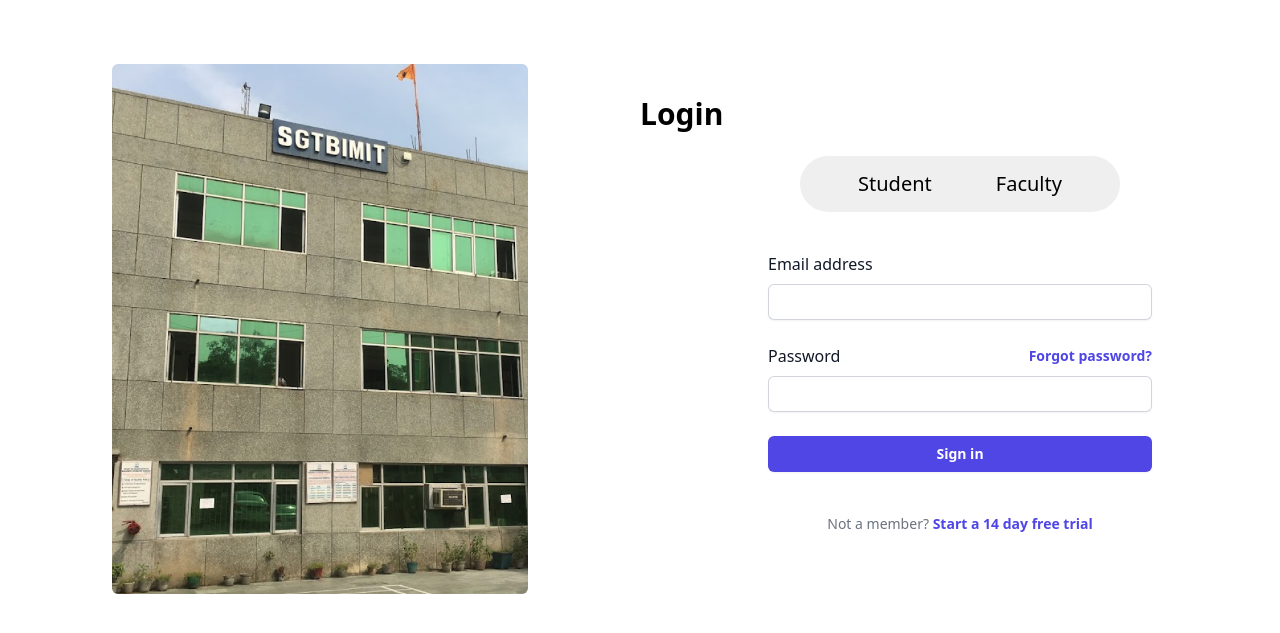
Repository: SehajBindra/SGTBIMIT-ERP-Client
Page: /StudentLogin
These files come from the project's save history. The page is drawn as it stood at one moment and after the next save; the edit follows.
The browser window is 1280 px wide. The pictures show the whole page.
The project was rebuilt for these pictures with package versions that can differ from the ones it lists, and the page was loaded fresh each time. Also part of the build but not shown: src/LOGIN/Login.js, src/LOGIN/FACULTY/FacultyLogin.js, src/STUDENT_PAGE/StuBody.js, src/STUDENT_PAGE/StuSidebar.js, src/STUDENT_PAGE/StuHeader.js, src/STUDENT_PAGE/StudentHome.js, src/FACULTY_PAGE/FacBody.js, src/FACULTY_PAGE/FacHeader.js and 2 more.

Above is the page before, as saved 2023-05-14 15:54:41.

After the next save:
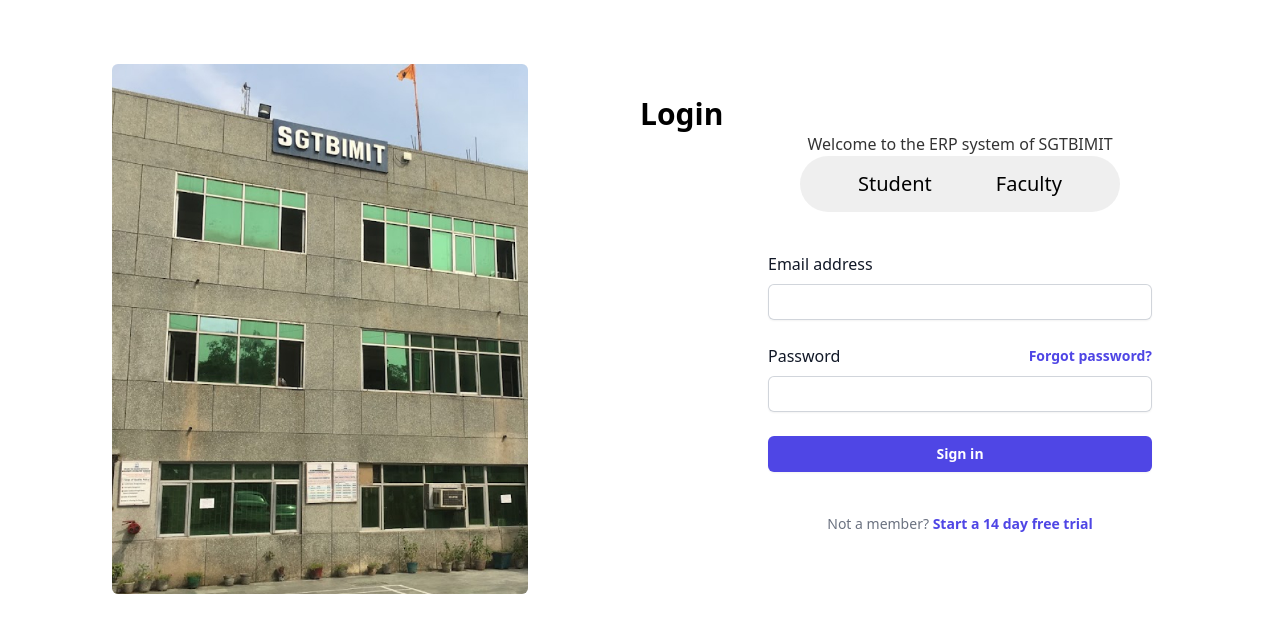
Saved 12 s later.
--- a/src/LOGIN/STUDENT/StudentLogin.js
+++ b/src/LOGIN/STUDENT/StudentLogin.js
@@ -27,7 +27,7 @@
 
       <div className="bg-white  col-span-2 my-8">
         <h2 className="text-3xl text-left font-semibold">Login</h2>
-        <p className="text-white/80">Welcome to the ERP system of SGTBIMIT</p>
+        <p className="text-black/80">Welcome to the ERP system of SGTBIMIT</p>
 
         <div
           className="flex flex-row items-center mx-auto justify-center h-[56px] text-[#
